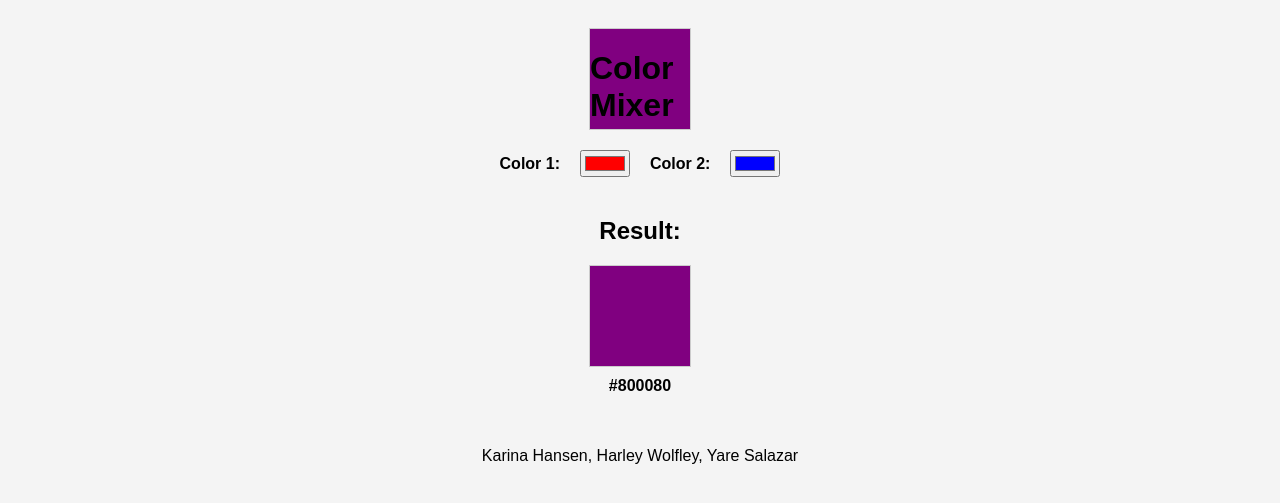
Repository: harleywolfley/wdd130
Page: spring25/itm101/0302/index.html
An editor plug-in stored every save of this project. The page is shown before and after the next save, followed by the edit.
The browser window is 1280 px wide. The pictures show the whole page.

Above is the page before, as saved 2025-05-07 17:55:02.

### spring25/itm101/0302/index.html
<!DOCTYPE html>
<html>
<head>
  <title>Color Mixer</title>
  <link rel="stylesheet" href="style.css">
</head>

<body>
    <header id="mixedColor">
        <h1>Color Mixer</h1>
    </header>

  <div class="color-inputs">
    <label for="color1">Color 1:</label>
    <input type="color" id="color1" value="#ff0000">

    <label for="color2">Color 2:</label>
    <input type="color" id="color2" value="#0000ff">
  </div>

  <div class="result">
    <h2>Result:</h2>
    <div id="mixedColor" style="background-color: purple;"></div>
    <p id="hexCode">#800080</p>
  </div>

  <script src="script.js"></script>
  <footer>
    <p>Karina Hansen, Harley Wolfley, Yare Salazar</p>
</footer>
</body>

</html>

### spring25/itm101/0302/style.css
body {
    font-family: sans-serif;
    display: flex;
    flex-direction: column;
    align-items: center;
    gap: 20px;
    padding: 20px;
    background-color: #f4f4f4;
  }

  .color-inputs {
    display: flex;
    gap: 20px;
    align-items: center;
  }

  .color-inputs label {
    font-weight: bold;
  }

  .result {
    display: flex;
    flex-direction: column;
    align-items: center;
  }

  #mixedColor {
    width: 100px;
    height: 100px;
    border: 1px solid #ccc;
  }

  .mixedColor {
        width: 100%;
        height: 100px;
        border: 1px solid #ccc;
  }

  #hexCode {
    margin-top: 10px;
    font-weight: bold;
  }

### spring25/itm101/0302/script.js
document.addEventListener('DOMContentLoaded', () => {
    const color1Input = document.getElementById('color1');
    const color2Input = document.getElementById('color2');
    const mixedColorDiv = document.getElementById('mixedColor');
    const hexCodeParagraph = document.getElementById('hexCode');

    function hexToRgb(hex) {
      const bigint = parseInt(hex.slice(1), 16);
      const r = (bigint >> 16) & 255;
      const g = (bigint >> 8) & 255;
      const b = bigint & 255;
      return [r, g, b];
    }

    function rgbToHex(r, g, b) {
      return '#' + [r, g, b].map(x => {
        const hex = x.toString(16);
        return hex.length === 1 ? '0' + hex : hex;
      }).join('');
    }

    function mixColors() {
      const color1 = hexToRgb(color1Input.value);
      const color2 = hexToRgb(color2Input.value);

      const mixedR = Math.round((color1[0] + color2[0]) / 2);
      const mixedG = Math.round((color1[1] + color2[1]) / 2);
      const mixedB = Math.round((color1[2] + color2[2]) / 2);

      const mixedHex = rgbToHex(mixedR, mixedG, mixedB);
      mixedColorDiv.style.backgroundColor = mixedHex;
      hexCodeParagraph.textContent = mixedHex;
    }

    color1Input.addEventListener('input', mixColors);
    color2Input.addEventListener('input', mixColors);

    mixColors(); // Initial call to set the initial mixed color
  });

After the next save:
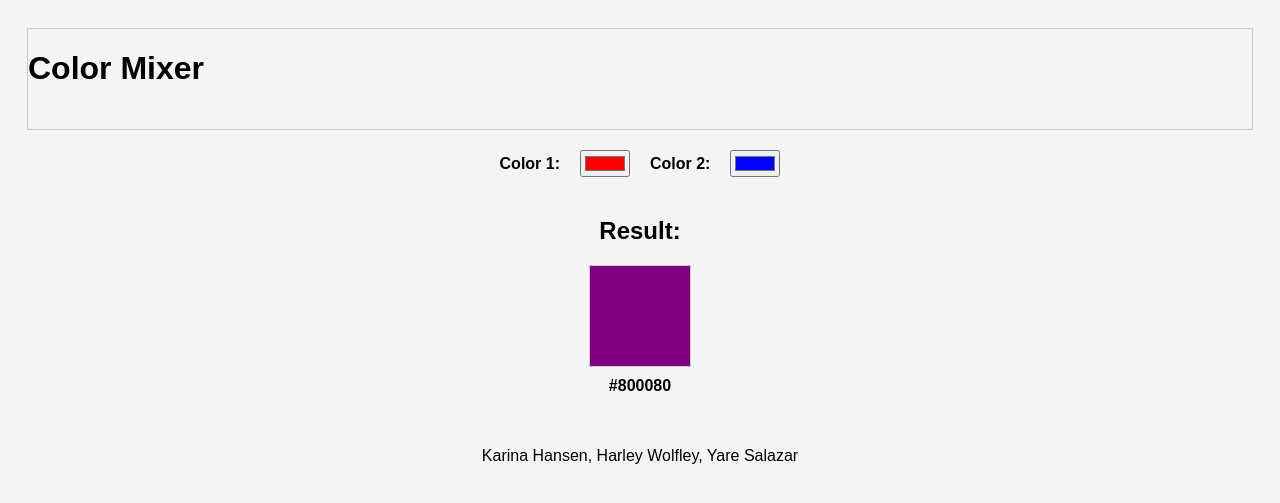
Saved 21 s later.
--- a/spring25/itm101/0302/index.html
+++ b/spring25/itm101/0302/index.html
@@ -6,7 +6,7 @@
 </head>
 
 <body>
-    <header id="mixedColor">
+    <header class="mixedColor">
         <h1>Color Mixer</h1>
     </header>
 

After the save that followed:
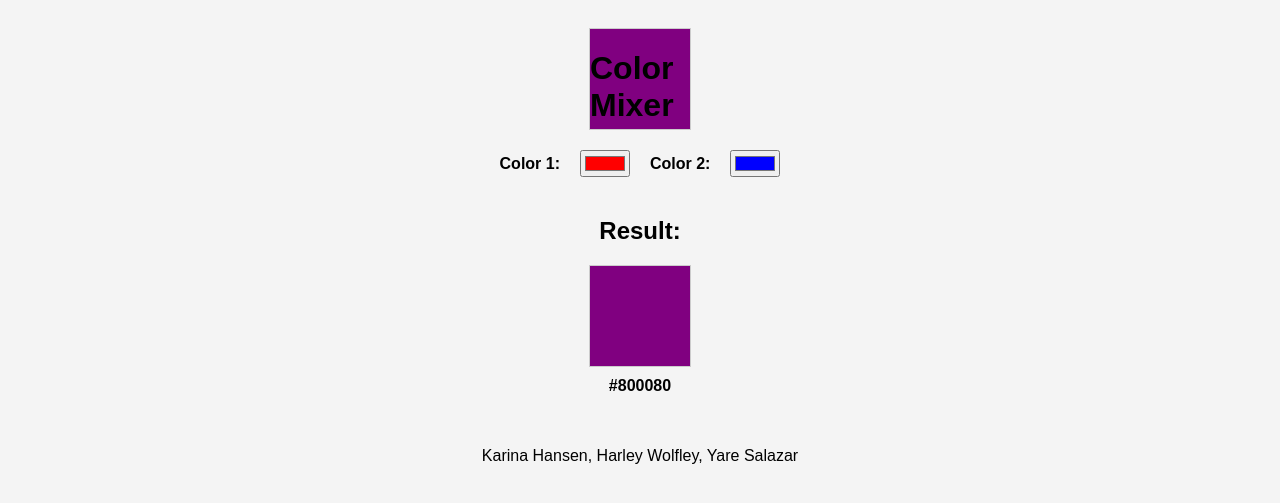
Saved 84 s later.
--- a/spring25/itm101/0302/index.html
+++ b/spring25/itm101/0302/index.html
@@ -6,7 +6,7 @@
 </head>
 
 <body>
-    <header class="mixedColor">
+    <header class="mixedColor" id="mixedColor">
         <h1>Color Mixer</h1>
     </header>
 
